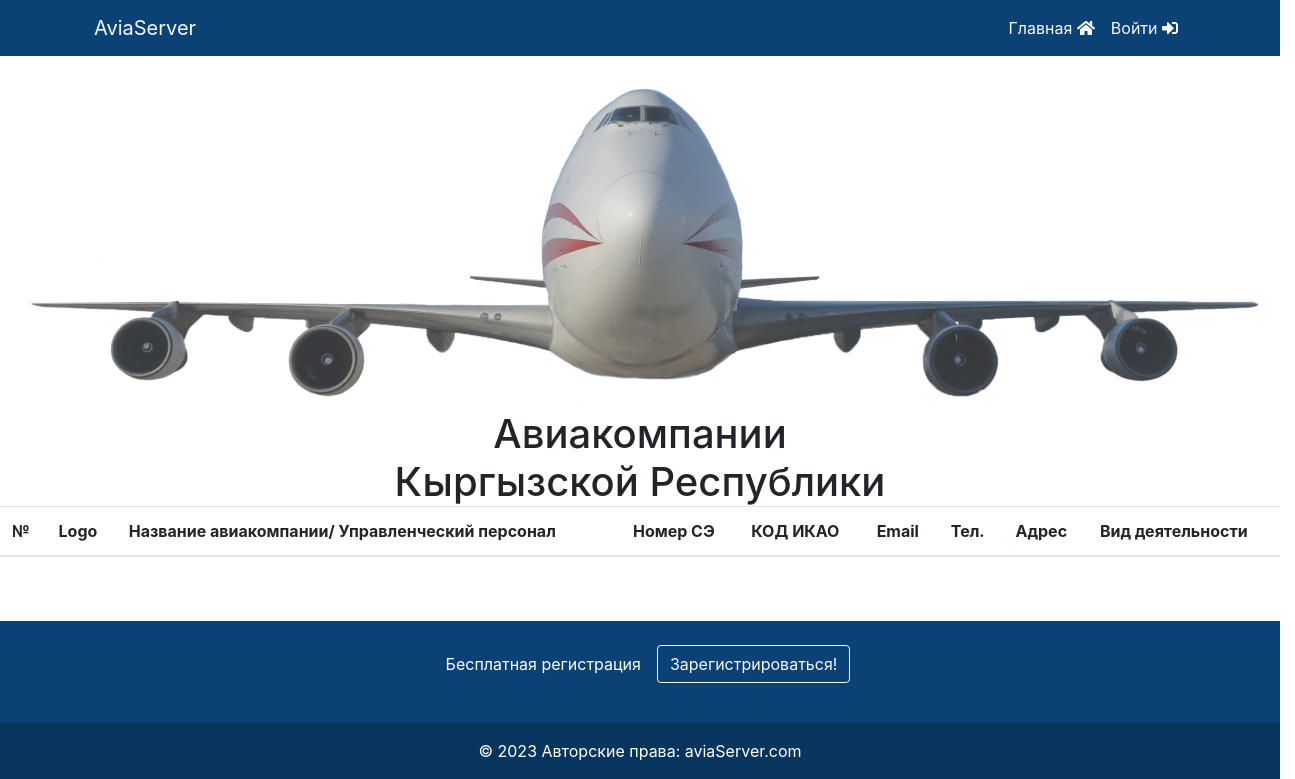
Repository: sulimonn/aviaServer
Page: products/templates/products/index.html
The author's editor kept a copy of each file at every save. The page is drawn from the files as they stood at one save, then again after the next save.
The browser window is 1280 px wide. The page is 1295 px wide, so the pictures cover 1295 px, including what lies to the right of the window. The pictures show the whole page.
Some web libraries are served in a nearby version. The template is drawn by Django 4.2. The application's start-up code is not run. Other server files are loaded and not shown. The template is opened directly, without the code that normally fills it, so the values that code supplies are empty.

Above is the page before, as saved 2023-08-14 20:22:15.

### products/templates/products/index.html
{% extends 'products/base.html' %}
{% load static %}
{% block css %}
    <link href="{% static 'css/index.css' %}" rel="stylesheet"/>
{% endblock %}

{% block content  %}
<br><br>

<div class="d-flex">
    <img class="m-auto" src="/media/img/carusel.png">
</div>
<div class="d-flex">
    <h1 align="center" class="m-auto">Авиакомпании <br> Кыргызской Республики</h1>
</div>
<table class="table p-4">
  <thead>
    <tr>
      <th scope="col">№</th>
      <th scope="col">Logo</th>
      <th scope="col">Название авиакомпании/
Управленческий  персонал</th>
      <th scope="col">Номер СЭ</th>
      <th scope="col">КОД ИКАО</th>
      <th scope="col">Email</th>
      <th scope="col">Тел.</th>
      <th scope="col">Адрес</th>
      <th scope="col">Вид деятельности</th>
    </tr>
  </thead>
    {% for company in companies %}


  <tbody>
    <tr>
      <th scope="row">{{ company.id }}</th>
      <td><img class="card-img-top" src="/media/{{ company.image }}" ></td>
      <td>{{ company.name }}</td>
      <td>{{ company.number }}</td>
      <td>{{ company.code }}</td>
      <td>{{ company.email }}</td>
      <td>{{ company.phone1 }} {{ company.phone2 }}</td>
      <td>{{ company.address }}</td>
      <td>{{ company.kind_of_activity }}</td>
    </tr>

  </tbody>
    {% endfor %}
</table>


{% endblock %}

### products/templates/products/base.html
{% load static %}
<!DOCTYPE html>
<html lang="en">

<head>

    <meta charset="utf-8">
    <meta name="viewport" content="width=device-width, initial-scale=1, shrink-to-fit=no">
    <meta name="description" content="">
    <meta name="author" content="">

    <title>{{ title | title }}</title>

    <!-- Bootstrap core CSS -->
    <link href="{% static 'vendor/bootstrap/css/bootstrap.min.css' %}" rel="stylesheet">
    <link href="{% static 'css/auth.css' %}" rel="stylesheet"/>

    <script src="https://cdnjs.cloudflare.com/ajax/libs/font-awesome/5.15.1/js/all.min.js"
            crossorigin="anonymous"></script>
    <!-- Custom styles for this template -->
</head>

<body>

<!-- Navigation -->
<nav class="navbar navbar-expand-lg fixed-top" style="background-color: #0a4275;">
    <div class="container text-light">
        <a class="navbar-brand text-light" href="index.html">AviaServer</a>
        <button class="navbar-toggler" type="button" data-toggle="collapse" data-target="#navbarResponsive"
                aria-controls="navbarResponsive" aria-expanded="false" aria-label="Toggle navigation">
            <span class="navbar-toggler-icon"></span>
        </button>
        <div class="collapse navbar-collapse" id="navbarResponsive">
            <ul class="navbar-nav ml-auto">
                <li class="nav-item">
                    <a class="nav-link text-light" href="#">Главная <i class="fas fa-home"></i> </a>
                </li>
                {% if user.is_authenticated %}
                <li class="nav-item">
                    <a class="nav-link text-light" href="{% url 'users:profile' %}">{{ user.username }} <i class="fas fa-user-circle"></i>
                    </a>
                </li>
               <li class="nav-item">
                    <a class="nav-link text-light" href="{% url 'users:logout' %}">Выйти <i class="fas fa-sign-out-alt"></i></a>
                </li>

                {% else %}
                <li class="nav-item">
                    <a class="nav-link text-light" href="{% url 'users:login' %}">Войти <i class="fas fa-sign-in-alt"></i></a>
                </li>


                {% endif %}


            </ul>
        </div>
    </div>
</nav>
{% block content  %}
{% endblock %}
<br>
<br>
<!--footer-->
<section class="">
  <!-- Footer -->
  <footer class="text-center text-white" style="background-color: #0a4275;">
    <!-- Grid container -->
    <div class="container p-4 pb-0">
      <!-- Section: CTA -->
      <section class="">
        <p class="d-flex justify-content-center align-items-center">
          <span class="mx-3">Бесплатная регистрация</span>
          <a href="{% url 'users:register' %}" type="button" class="btn btn-outline-light btn-rounded">
            Зарегистрироваться!
          </a>
        </p>
      </section>
      <!-- Section: CTA -->
    </div>
    <!-- Grid container -->

    <!-- Copyright -->
    <div class="text-center p-3" style="background-color: rgba(0, 0, 0, 0.2);">
      © 2023 Авторские права:
      <a class="text-white" href="https://mdbootstrap.com/">aviaServer.com</a>
    </div>
    <!-- Copyright -->
  </footer>
  <!-- Footer -->
</section>


<!-- Bootstrap core JavaScript -->
<script src="{% static 'vendor/jquery/jquery.min.js' %}"></script>
<script src="{% static 'vendor/bootstrap/js/bootstrap.bundle.min.js' %}"></script>

<!-- FontAwesome script -->
<script src="{% static 'vendor/fontawesome/fontawesome-icons.js' %}" crossorigin="anonymous"></script>

</body>

</html>

Loaded but not shown: static/css/auth.css (library)

After the next save:
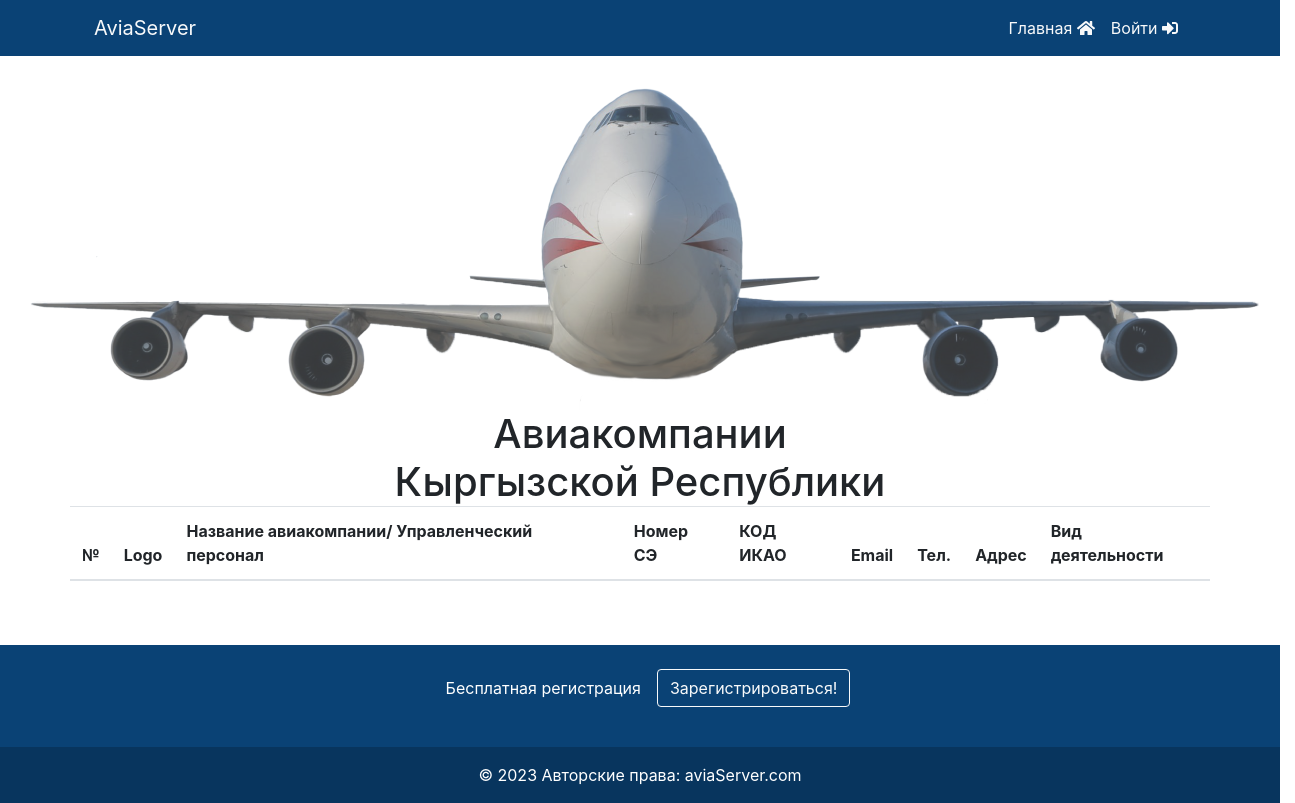
Saved 4 min 8 s later.
--- a/products/templates/products/index.html
+++ b/products/templates/products/index.html
@@ -13,7 +13,7 @@
 <div class="d-flex">
     <h1 align="center" class="m-auto">Авиакомпании <br> Кыргызской Республики</h1>
 </div>
-<table class="table p-4">
+<table class="table container">
   <thead>
     <tr>
       <th scope="col">№</th>

After the save that followed:
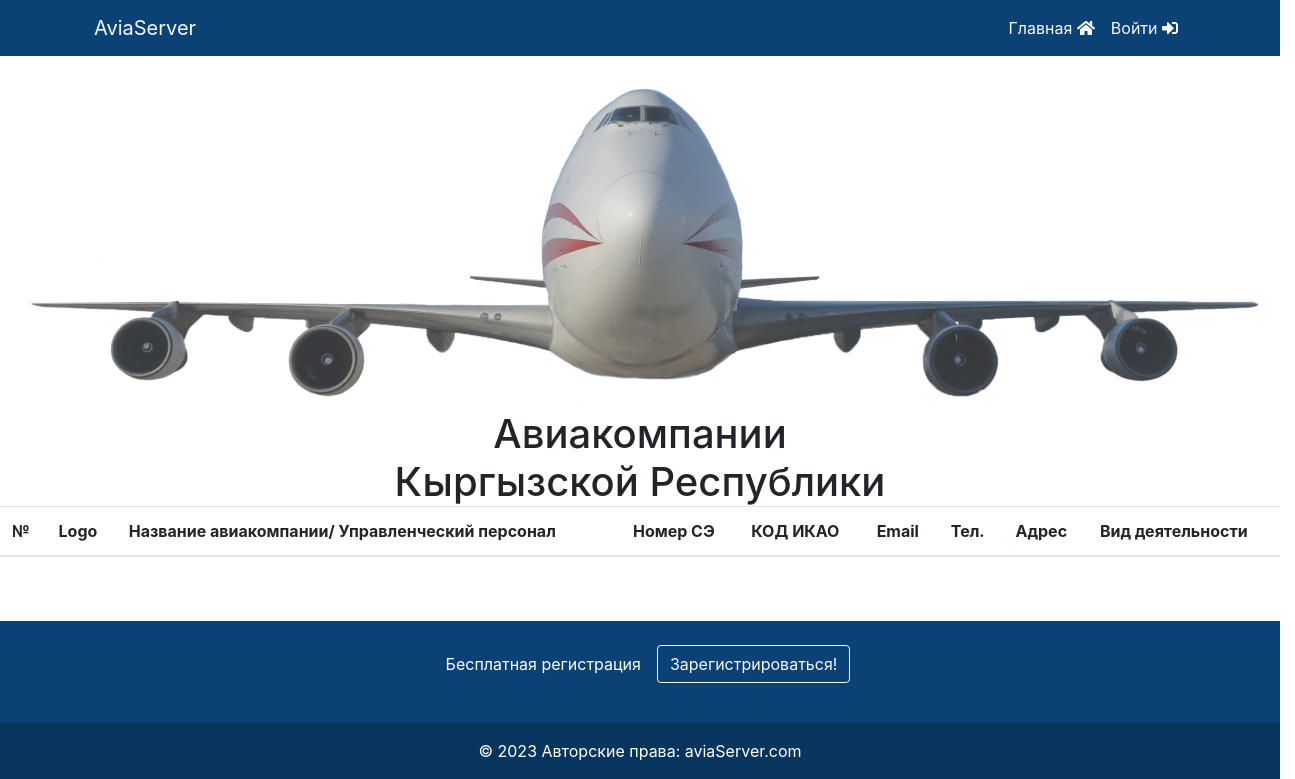
Saved 8 s later.
--- a/products/templates/products/index.html
+++ b/products/templates/products/index.html
@@ -13,7 +13,7 @@
 <div class="d-flex">
     <h1 align="center" class="m-auto">Авиакомпании <br> Кыргызской Республики</h1>
 </div>
-<table class="table container">
+<table class="table container-l">
   <thead>
     <tr>
       <th scope="col">№</th>
